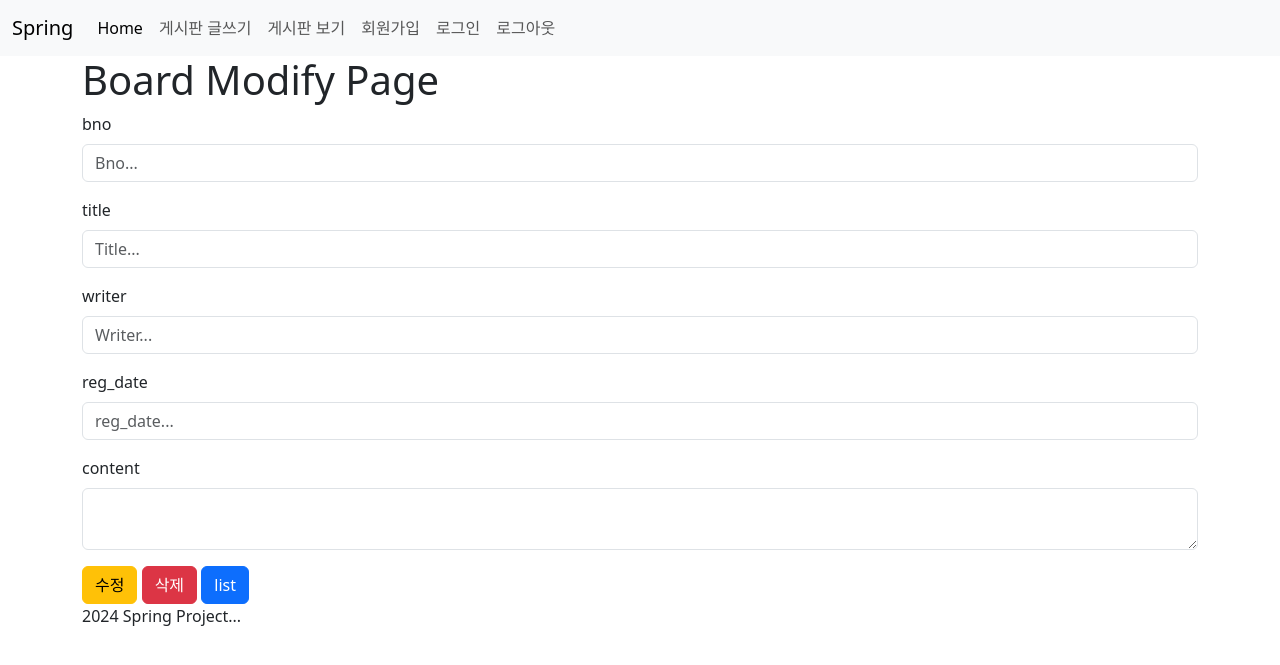
Repository: dhalfks/springTest240430
Page: http://localhost/spring_study/WEB-INF/views/board/modify.jsp
These files come from the project's save history. The page is drawn as it stood at one moment and after the next save; the edit follows.
The browser window is 1280 px wide. The pictures show the whole page.
The page is served by Tomcat 9. Nobody is signed in. The template is opened directly, without the code that normally fills it, so the values that code supplies are empty.

Above is the page before, as saved 2024-04-24 05:59:06.

After the next save:
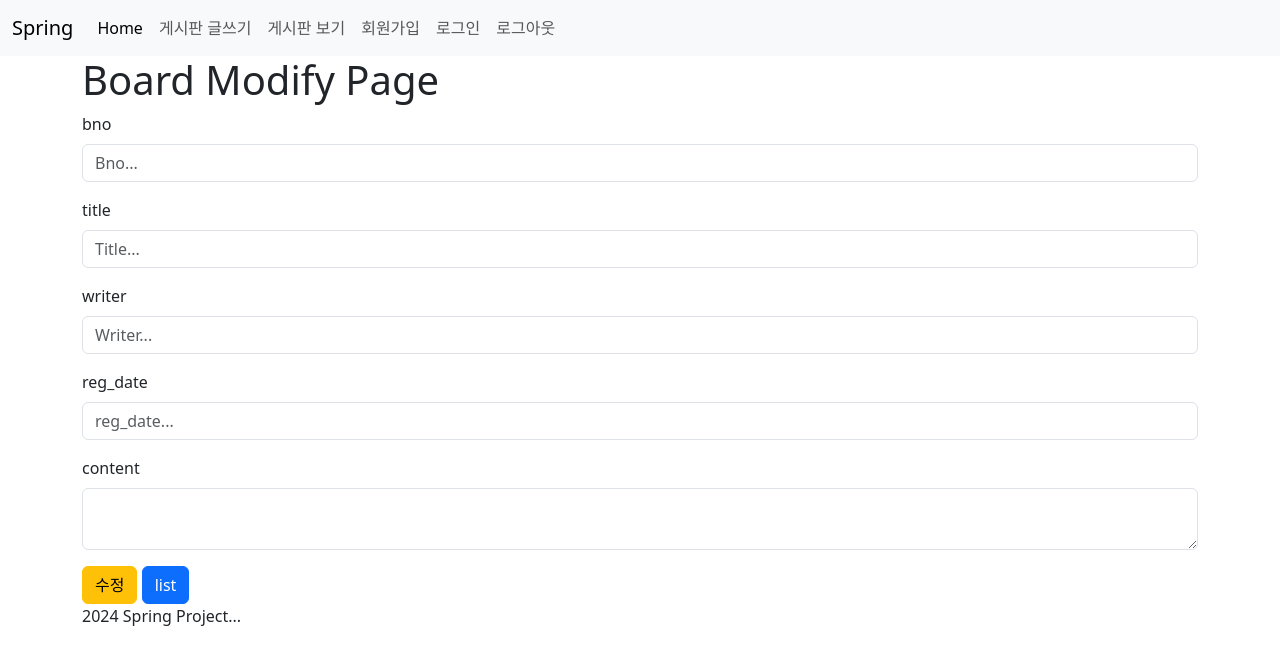
Saved 3 min 31 s later.
--- a/spring_study/src/main/webapp/WEB-INF/views/board/modify.jsp
+++ b/spring_study/src/main/webapp/WEB-INF/views/board/modify.jsp
@@ -24,7 +24,7 @@
 	  <textarea class="form-control" id="c" name="content" aria-label="With textarea" >${bvo.content }</textarea>
 	</div>
 	<a><button type="button" class="btn btn-warning">수정</button></a>
-	<a><button type="button" class="btn btn-danger">삭제</button></a>
+
 	<a><button type="button" class="btn btn-primary">list</button></a>
 
 </div>
